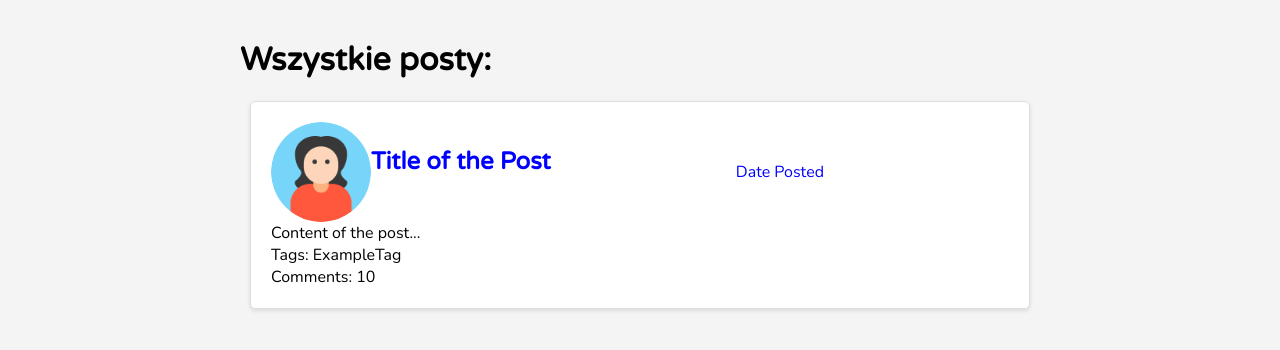
Repository: noisevisionproductions/PlayMeetWebsite
Page: src/main/resources/templates/posts.html
These files come from the project's save history. The page is drawn as it stood at one moment and after the next save; the edit follows.
The browser window is 1280 px wide. The pictures show the whole page.
The page's requests for data from a server got no answer. Some web libraries are served in a nearby version.

Above is the page before, as saved 2024-03-25 11:38:17.

### src/main/resources/templates/posts.html
<!DOCTYPE html>
<html lang="en">

<head>
    <meta charset="UTF-8">
    <meta name="viewport" content="width=device-width, initial-scale=1.0">
    <title>Posty</title>
    <link rel="icon" type="image/x-icon" href="assets/favicon.ico" />
    <!-- Font Awesome icons (free version)-->
    <script src="https://use.fontawesome.com/releases/v6.3.0/js/all.js" crossorigin="anonymous"></script>
    <!-- Google fonts-->
    <link href="https://fonts.googleapis.com/css?family=Varela+Round" rel="stylesheet" />
    <link
        href="https://fonts.googleapis.com/css?family=Nunito:200,200i,300,300i,400,400i,600,600i,700,700i,800,800i,900,900i"
        rel="stylesheet" />
    <!-- Core theme CSS (includes Bootstrap)-->
    <link href="css/posts.css" rel="stylesheet" />

</head>

<body>
    <div class="container">
        <h1 class="posts-header">Wszystkie posty:</h1>
        <div id="posts-container">
            <!-- Individual post example -->
            <div class="post">
                <div class="post-header">
                    <img src="assets/post/sample_avatar.png" alt="Avatar użytkownika" class="post-avatar">
                    <h2 class="post-sportType">Title of the Post</h2>
                    <span class="post-date">Date Posted</span>
                </div>
                <div class="post-content">
                    Content of the post...
                </div>
                <div class="post-footer">
                    <div class="post-tags">Tags: ExampleTag</div>
                    <div class="post-comments-count">Comments: 10</div>
                </div>
            </div>
            <!-- Additional posts would be similarly structured -->
        </div>
    </div>
    <script src="js/posts.js"></script>
</body>


</html>

### src/main/resources/static/css/posts.css
body {
    font-family: "Nunito", sans-serif;
    margin: 0;
    padding: 0;
    background-color: #f4f4f4;
}

.container {
    max-width: 800px;
    margin: auto;
    padding: 20px;
}

.post {
    background: #fff;
    background-color: #fff;
    padding: 20px;
    margin-bottom: 20px;
    border: 1px solid #ddd;
    border-radius: 5px;
    margin: 10px;
    box-shadow: 0 2px 4px rgba(0, 0, 0, 0.1);
}

.post-header {
    display: flex;
    justify-content: space-between;
    align-items: center;
}

.post-avatar {
    flex-shrink: 0;
    width: 100px;
    height: 100px;
    border-radius: 50%;
    object-fit: cover;
}

.post-sportType {
    margin-right: 5px;
    color: blue;
    flex-grow: 1;
}


.post-date {
    margin-right: 5px;
    color: blue;
    flex-grow: 1;
}

.post-chat {
    margin-right: 5px;
    color: blue;
    flex-grow: 1;
}

.post-title {
    flex-grow: 1;
    text-align: center;
}

.post h2 {
    margin-top: 0;
}

h1,
h2,
h3,
h4,
h5,
h6 {
    font-family: "Varela Round", sans-serif;
}

### src/main/resources/static/js/posts.js
/*!
* Script for displaying posts that users created. Posts will be downloaded from database.
*/
document.addEventListener('DOMContentLoaded', function () {
    fetch('/api/posts', {
        headers: {
            'Accept': 'application/json'
        }
    })
        .then(response => response.json())
        .then(posts => {
            const postsContainer = document.getElementById('posts-container');
            posts.forEach(element => {
                const postElement = document.createElement('div');
                postElement.className = 'post';

                // Creating header
                const postHeader = document.createElement('div');
                postHeader.className = 'post-header';

                const userAvatar = document.createElement('img');
                userAvatar.src = element.avatar || 'assets/post/sample_avatar.png'; // Fallback to a default avatar if none provided
                userAvatar.alt = 'Avatar';
                userAvatar.className = 'post-avatar';

                const postTitle = document.createElement('h2');
                postTitle.className = 'post-sportType';
                postTitle.textContent = element.sportType; // Assuming `title` is part of your JSON

                const postDate = document.createElement('span');
                postDate.className = 'post-date';
                postDate.textContent = element.dateTime; // Format as needed

                postHeader.appendChild(userAvatar);
                postHeader.appendChild(postTitle);
                postHeader.appendChild(postDate);

                // Creating post content
                const postContent = document.createElement('div');
                postContent.className = 'post-content';
                postContent.textContent = element.cityName; // Assuming `content` is part of your JSON

                // Creating footer
                const postFooter = document.createElement('div');
                postFooter.className = 'post-footer';

                const postTags = document.createElement('div');
                postTags.className = 'post-tags';
                postTags.textContent = 'Tags: ' + element.peopleStatus; // Assuming `tags` is an array

                const postCommentsCount = document.createElement('div');
                postCommentsCount.className = 'post-comments-count';
                postCommentsCount.textContent = 'Comments: ' + element.skillLevel; // Assuming `commentsCount` is part of your JSON

                postFooter.appendChild(postTags);
                postFooter.appendChild(postCommentsCount);

                // Adding everything to the post
                postElement.appendChild(postHeader);
                postElement.appendChild(postContent);
                postElement.appendChild(postFooter);

                postsContainer.appendChild(postElement);
            });
        })
        .catch(error => console.error('Error', error));
})

After the next save:
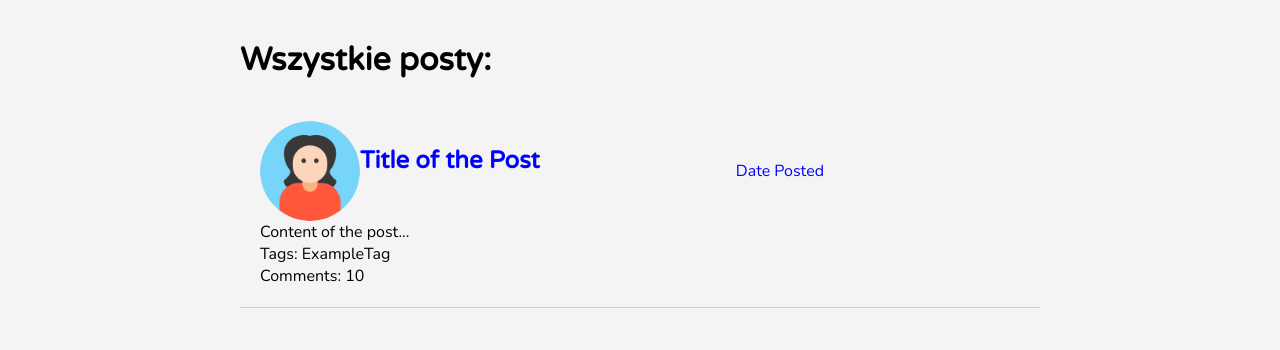
Saved 5 min 27 s later.
--- a/src/main/resources/static/css/posts.css
+++ b/src/main/resources/static/css/posts.css
@@ -12,14 +12,17 @@
 }
 
 .post {
-    background: #fff;
+    border-bottom: 1px solid #ccc;
+    padding: 20px;
+    margin-bottom: 20px;
+    /* background: #fff;
     background-color: #fff;
     padding: 20px;
     margin-bottom: 20px;
     border: 1px solid #ddd;
     border-radius: 5px;
     margin: 10px;
-    box-shadow: 0 2px 4px rgba(0, 0, 0, 0.1);
+    box-shadow: 0 2px 4px rgba(0, 0, 0, 0.1); */
 }
 
 .post-header {

After the save that followed:
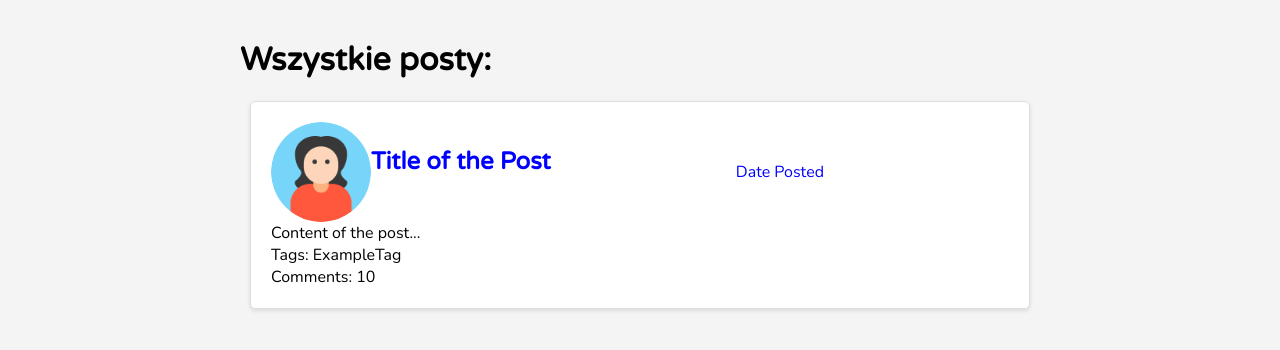
Saved 12 s later.
--- a/src/main/resources/static/css/posts.css
+++ b/src/main/resources/static/css/posts.css
@@ -12,17 +12,14 @@
 }
 
 .post {
-    border-bottom: 1px solid #ccc;
-    padding: 20px;
-    margin-bottom: 20px;
-    /* background: #fff;
+    background: #fff;
     background-color: #fff;
     padding: 20px;
     margin-bottom: 20px;
     border: 1px solid #ddd;
     border-radius: 5px;
     margin: 10px;
-    box-shadow: 0 2px 4px rgba(0, 0, 0, 0.1); */
+    box-shadow: 0 2px 4px rgba(0, 0, 0, 0.1);
 }
 
 .post-header {
